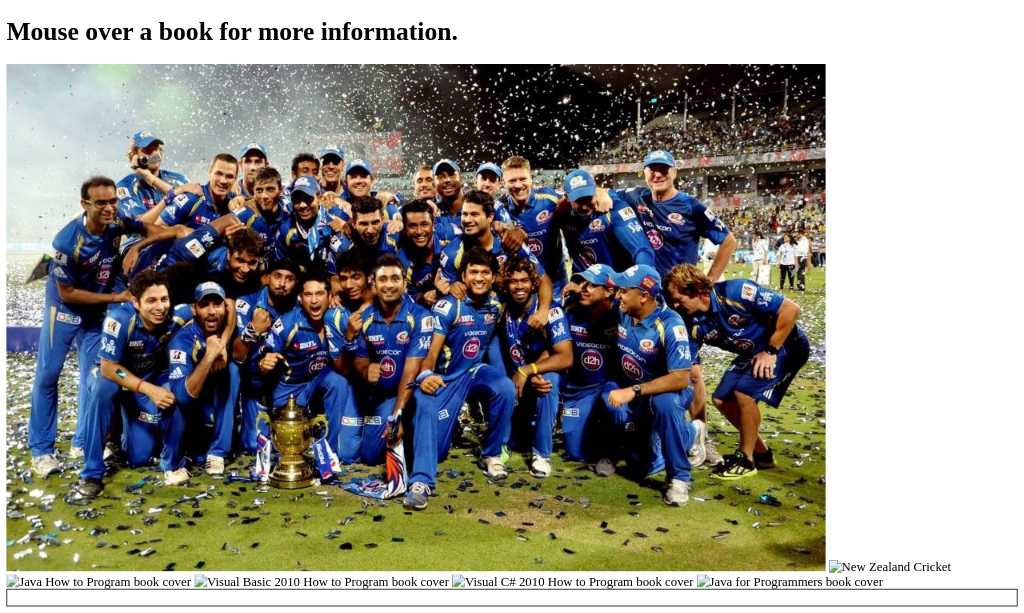
Repository: devanshudave1901/DevanshuDave_Sec002_ICE-05
Page: SwitchContent.html
The author's editor kept a copy of each file at every save. The page is drawn from the files as they stood at one save, then again after the next save.
The browser window is 1280 px wide. The pictures show the whole page, at 80% of full size.

Above is the page before, as saved 2022-03-20 21:41:04.

### SwitchContent.html
<!DOCTYPE html>

<!-- Fig. 16.5: SwitchContent.html -->
<!-- Asynchronously display content without reloading the page. -->
<html>
<head>
   <meta charset = "utf-8">
   <style type = "text/css">
      .box { border: 1px solid black; padding: 10px }
   </style>
   <title>Switch Content Asynchronously</title>
   <script>
      var asyncRequest; // variable to hold XMLHttpRequest object

      // set up event handlers
      function registerListeners()
      {
         var img;
         img = document.getElementById( "mumbaiIndians" );
         img.addEventListener( "mouseover",
            function() { getContent( "./InfoFiles/mumbaiIndiansTeam.html" ); }, false );
         img.addEventListener( "mouseout", clearContent, false );
         img = document.getElementById( "newZealandCricket" );
         img.addEventListener( "mouseover",
            function() { getContent( "iw3htp.html" ); }, false );
         img.addEventListener( "mouseout", clearContent, false );
         img = document.getElementById( "jhtp" );
         img.addEventListener( "mouseover",
            function() { getContent( "jhtp.html" ); }, false );
         img.addEventListener( "mouseout", clearContent, false );
         img = document.getElementById( "vbhtp" );
         img.addEventListener( "mouseover",
            function() { getContent( "vbhtp.html" ); }, false );
         img.addEventListener( "mouseout", clearContent, false );
         img = document.getElementById( "vcshtp" );
         img.addEventListener( "mouseover",
            function() { getContent( "vcshtp.html" ); }, false );
         img.addEventListener( "mouseout", clearContent, false );
         img = document.getElementById( "javafp" );
         img.addEventListener( "mouseover",
            function() { getContent( "javafp.html" ); }, false );
         img.addEventListener( "mouseout", clearContent, false );
      } // end function registerListeners

      // set up and send the asynchronous request.
      function getContent( url )
      {
         // attempt to create XMLHttpRequest object and make the request
         try
         {
            asyncRequest = new XMLHttpRequest(); // create request object

            // register event handler
            asyncRequest.addEventListener(
               "readystatechange", stateChange, false);
            asyncRequest.open( "GET", url, true ); // prepare the request
            asyncRequest.send( null ); // send the request
         } // end try
         catch ( exception )
         {
            alert( "Request failed." );
         } // end catch
      } // end function getContent

      // displays the response data on the page
      function stateChange()
      {
         if ( asyncRequest.readyState == 4 && asyncRequest.status == 200 )
         {
            document.getElementById( "contentArea" ).innerHTML =
               asyncRequest.responseText; // places text in contentArea
         } // end if
      } // end function stateChange

      // clear the content of the box
      function clearContent()
      {
         document.getElementById( "contentArea" ).innerHTML = "";
      } // end function clearContent

      window.addEventListener( "load", registerListeners, false );
   </script>
</head>
<body>
   <h1>Mouse over a book for more information.</h1>
   <img id = "mumbaiIndians" alt = "Mumbai Indians"
      src = "./images/mumbaiIndiansCricketTeam.jpg">
   <img id = "newZealandCricket" alt = "New Zealand Cricket"
      src = "">
   <img id = "jhtp" alt = "Java How to Program book cover"
      src = "">
   <img id = "vbhtp" alt = "Visual Basic 2010 How to Program book cover"
      src = "">
   <img id = "vcshtp" alt = "Visual C# 2010 How to Program book cover"
      src = "">
   <img id = "javafp" alt = "Java for Programmers book cover"
      src = """>
   <div class = "box" id = "contentArea"></div>
</body>
</html>

After the next save:
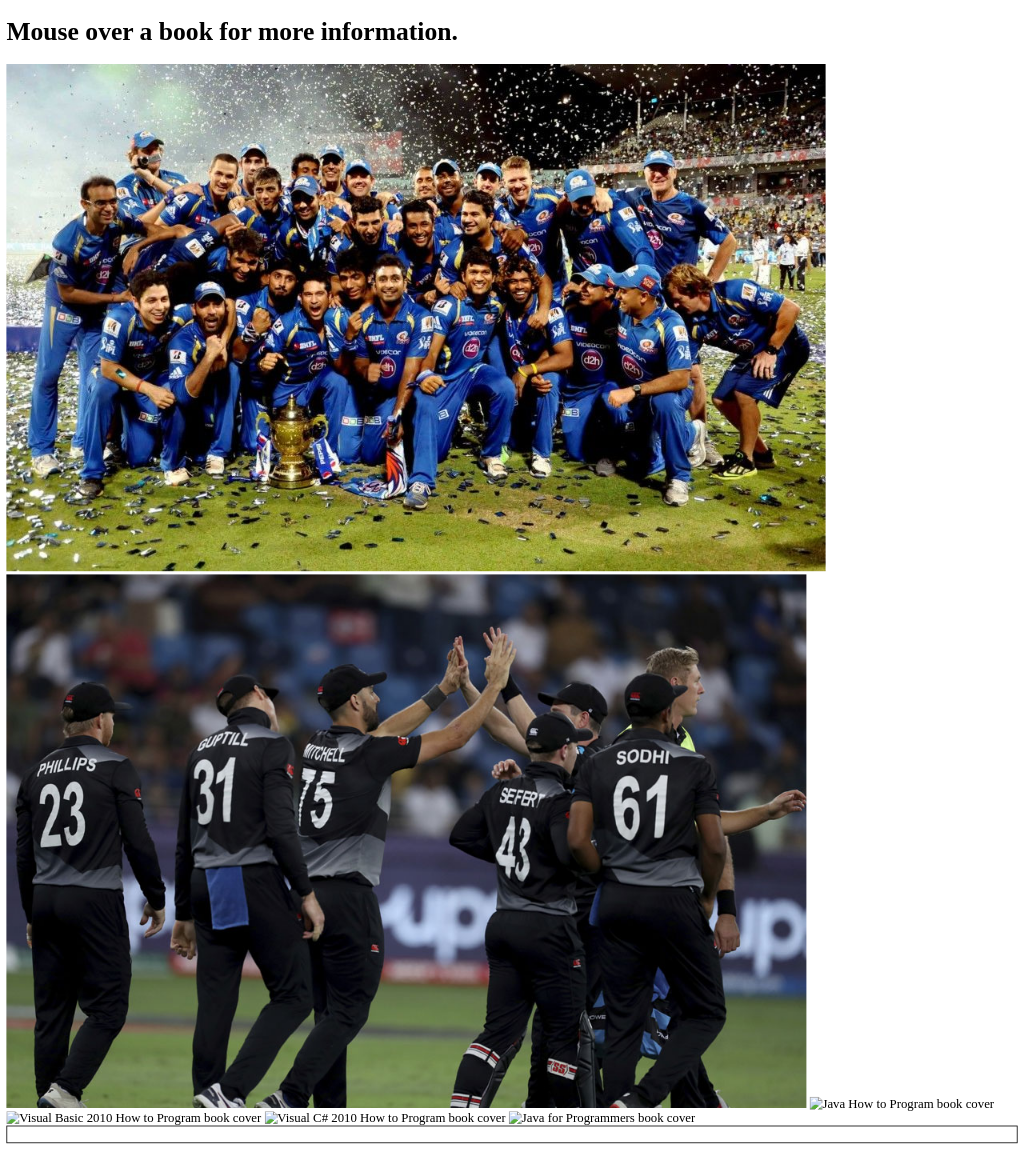
Saved 6 s later.
--- a/SwitchContent.html
+++ b/SwitchContent.html
@@ -86,7 +86,7 @@
    <img id = "mumbaiIndians" alt = "Mumbai Indians"
       src = "./images/mumbaiIndiansCricketTeam.jpg">
    <img id = "newZealandCricket" alt = "New Zealand Cricket"
-      src = "">
+      src = "./images/newZealandCricketTeam.jpg">
    <img id = "jhtp" alt = "Java How to Program book cover"
       src = "">
    <img id = "vbhtp" alt = "Visual Basic 2010 How to Program book cover"
